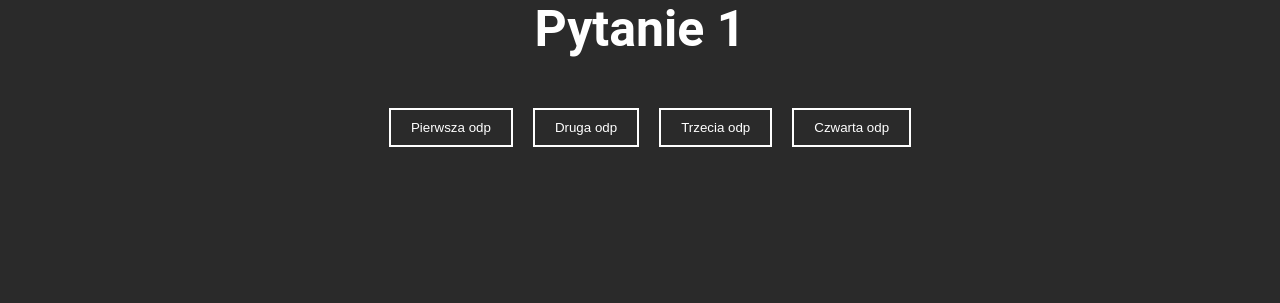
Repository: BaczkiewiczDawid/weatherApp
Page: index.html
An editor plug-in stored every save of this project. The page is shown before and after a run of saves, followed by the edit.
The browser window is 1280 px wide. The pictures show the whole page.

Above is the page before, as saved 2020-02-22 18:31:15.

### index.html
<!DOCTYPE html>
<head>
    <link rel="stylesheet" href="style.css">
    <link href="https://fonts.googleapis.com/css?family=Montserrat:300,400,500,700,900&display=swap" rel="stylesheet">
    <meta name="viewport" content="width=device-width, initial-scale=1.0">
    <meta charset="UTF-8">
</head>
<body>
    <h1>Pytanie 1</h1>
    <div class="ask">
        <button class="buttonFirst" type="button">Pierwsza odp</button>
        <button class="buttonTwo" type="button">Druga odp</button>
        <button class="buttonThree" type="button">Trzecia odp</button>
        <button class="buttonFour" type="button">Czwarta odp</button>
    </div>
    <script src="app.js"></script>
</body>

### style.css
* {
    margin: 0;
    padding: 0;
    box-sizing: border-box;
}
body, html {
    background: #2a2a2a;
    font-family: 'Roboto', sans-serif;
}
h1 {
    color: white;
    font-size: 50px;
    display: flex;
    text-align: center;
    justify-content: center;
}
.ask {
    display: flex;
    flex-direction: row;
    justify-content: center;
    margin-top: 50px;
}
button {
    background: transparent;
    color: white;
    border: 2px solid white;
    padding: 10px 20px;
    margin-left: 20px;
}

Loaded but not shown: app.js (no copy from this time; the picture is the same without it)

After the next 2 saves:
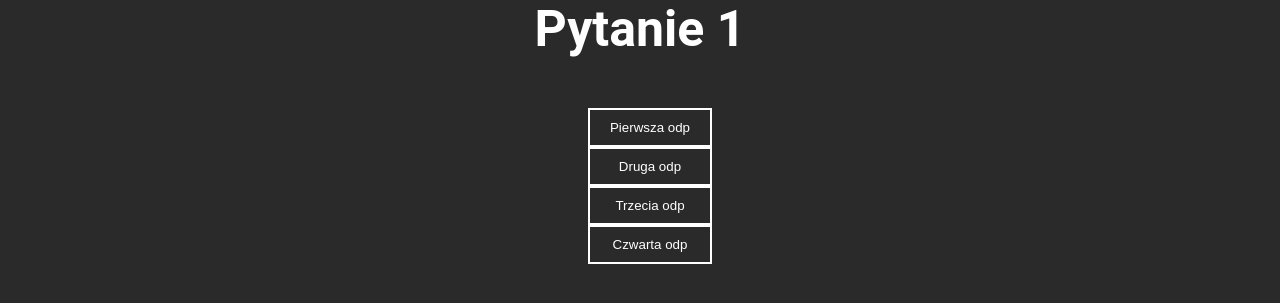
The 2 saves are shown as one change because they came seconds apart.
The last was saved 11 s later.
--- a/style.css
+++ b/style.css
@@ -15,7 +15,7 @@ h1 {
     justify-content: center;
 }
 .ask {
-    display: flex;
+    display: grid;
     flex-direction: row;
     justify-content: center;
     margin-top: 50px;
